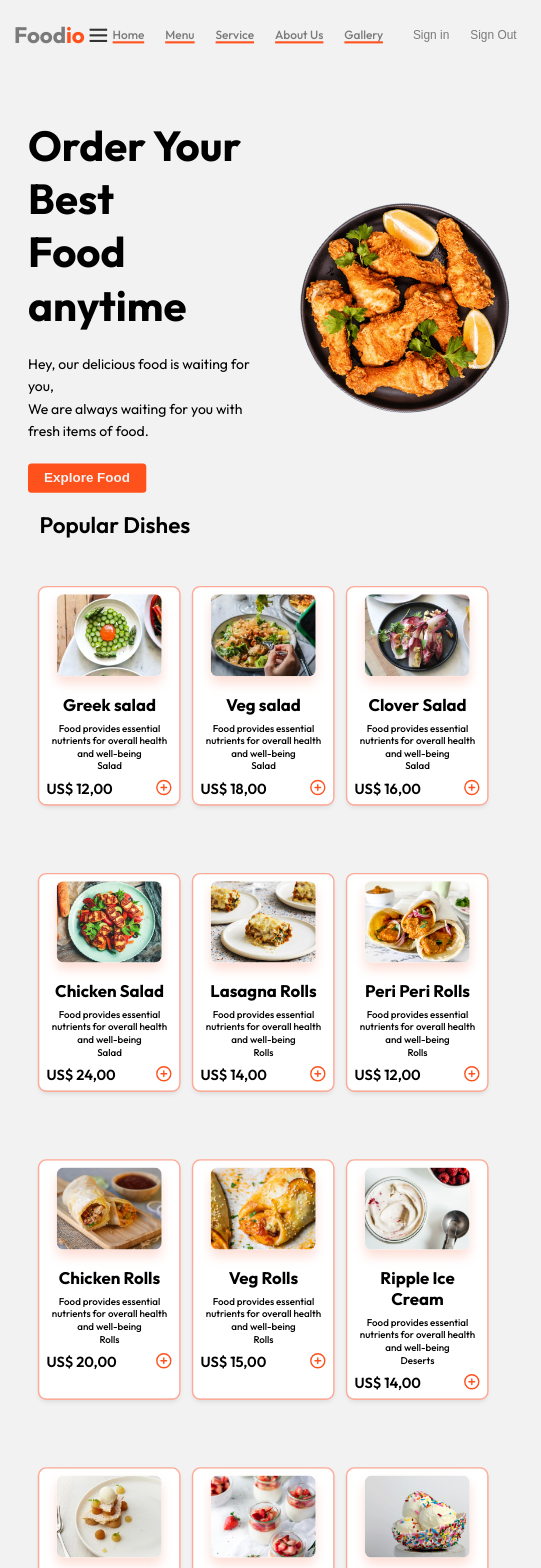
Repository: guilhermecardoso93/foodio
Page: /
The author's editor kept a copy of each file at every save. The page is drawn from the files as they stood at one save, then again after the next save.
The browser window is 768 px wide. The page is 773 px wide, so the pictures cover 773 px, including what lies to the right of the window. The pictures show the part of the page from y = 0 to 2240 px (the page is 5445 px tall), at 70% of full size.
The project was rebuilt for these pictures with package versions that can differ from the ones it lists, and the page was loaded fresh each time. Also part of the build but not shown: vite.config.js, src/index.css.

Above is the page before, as saved 2024-11-05 20:38:41.

### index.html
<!doctype html>
<html lang="en">

<head>
    <meta charset="UTF-8" />
    <link rel="icon" type="image/svg+xml" href="/" />
    <link rel="preconnect" href="https://fonts.googleapis.com">
    <link rel="preconnect" href="https://fonts.gstatic.com" crossorigin>
    <link href="https://fonts.googleapis.com/css2?family=Inter:ital,opsz,wght@0,14..32,100..900;1,14..32,100..900&family=Outfit:wght@100..900&display=swap" rel="stylesheet">
    <meta name="viewport" content="width=device-width, initial-scale=1.0" />
    <title>Foodio</title>
</head>

<body>
    <div id="root"></div>
    <script type="module" src="/src/main.jsx"></script>
</body>

</html>

### src/main.jsx
import { StrictMode } from "react";
import { createRoot } from "react-dom/client";
import { App } from "./App.jsx";

import "./index.css";
createRoot(document.getElementById("root")).render(
  <StrictMode>
    <App />
  </StrictMode>
);

### src/App.jsx
import "./App.css";
import { Main } from "./components/Main";
import { Menu } from "./components/Menu";

export function App() {
  return (
    <>
      <Menu />
      <Main />
    </>
  );
}

### src/App.css
*, ::after, ::before {
  margin: 0;
  padding: 0;
  box-sizing: border-box;
}

body {
  margin: 0 100px;
  background-color: #f2f2f2;
  font-family: "Outfit", serif;
  overflow-x: hidden;
}

::-webkit-scrollbar {
  width: 10px;
}

::-webkit-scrollbar-thumb {
  border-radius: 20px;
  background-color: #ff511c;
}

### src/components/Main/index.jsx
import imagem1 from "../../assets/images/image1.png";
import imagem5 from "../../assets/images/image5.png";
import { food_list } from "../../assets/assets";
import { CardItem } from "../CardItem";

import "./styles.css";

export function Main() {
  return (
    <main>
      <section className="grid">
        <div className="content">
          <div className="content-left">
            <div className="info">
              <h2>
                Order Your Best
                <br />
                Food anytime
              </h2>
              <p>
                Hey, our delicious food is waiting for you, <br /> We are always
                waiting for you with fresh items of food.
              </p>
            </div>
            <button>Explore Food</button>
          </div>
          <div className="content-right">
            <img src={imagem1} alt="" />
            <img src={imagem5} alt="" />
            <img src={imagem1} alt="" />{" "}
          </div>
        </div>
      </section>
      <section className="category">
        <div className="list-items">
          <h3>Popular Dishes</h3>
          <div className="card-list">
            {food_list.map((item, index) => {
              return (
                <CardItem
                  image={item.image}
                  name={item.name}
                  price={item.price}
                  description={item.description}
                  category={item.category}
                  key={index}
                />
              );
            })}
          </div>
        </div>
      </section>
    </main>
  );
}

### src/components/Menu/index.jsx
import "./styles.css";

export function Menu() {
  function toggleMenu() {}

  return (
    <div className="navbar">
      <div className="navbar-logo">
        <h1>
          Food<b>io</b>
        </h1>
      </div>
      <div className="hamburguer" onClick={toggleMenu()}>
        <span className="bar"></span>
        <span className="bar"></span>
        <span className="bar"></span>
      </div>
      <ul className="navbar-link">
        <li className="active">
          <a href="/">Home</a>
        </li>
        <li className="active">
          <a href="/">Menu</a>
        </li>
        <li className="active">
          <a href="/">Service</a>
        </li>
        <li className="active">
          <a href="/">About Us</a>
        </li>
        <li className="active">
          <a href="/">Gallery</a>
        </li>
      </ul>
      <div className="auth-buttons">
        <input type="submit" className="sign" value="Sign in" name="signin" />
        <input type="submit" className="sign" value="Sign Out" name="signout" />
      </div>
    </div>
  );
}

### src/assets/assets.js

import food_1 from './food/food_1.png'
import food_2 from './food/food_2.png'
import food_3 from './food/food_3.png'
import food_4 from './food/food_4.png'
import food_5 from './food/food_5.png'
import food_6 from './food/food_6.png'
import food_7 from './food/food_7.png'
import food_8 from './food/food_8.png'
import food_9 from './food/food_9.png'
import food_10 from './food/food_10.png'
import food_11 from './food/food_11.png'
import food_12 from './food/food_12.png'
import food_13 from './food/food_13.png'
import food_14 from './food/food_14.png'
import food_15 from './food/food_15.png'
import food_16 from './food/food_16.png'
import food_17 from './food/food_17.png'
import food_18 from './food/food_18.png'
import food_19 from './food/food_19.png'
import food_20 from './food/food_20.png'
import food_21 from './food/food_21.png'
import food_22 from './food/food_22.png'
import food_23 from './food/food_23.png'
import food_24 from './food/food_24.png'
import food_25 from './food/food_25.png'
import food_26 from './food/food_26.png'
import food_27 from './food/food_27.png'
import food_28 from './food/food_28.png'
import food_29 from './food/food_29.png'
import food_30 from './food/food_30.png'
import food_31 from './food/food_31.png'
import food_32 from './food/food_32.png'


export const food_list = [
    {
        _id: "1",
        name: "Greek salad",
        image: food_1,
        price: 12,
        description: "Food provides essential nutrients for overall health and well-being",
        category: "Salad"
    },
    {
        _id: "2",
        name: "Veg salad",
        image: food_2,
        price: 18,
        description: "Food provides essential nutrients for overall health and well-being",
        category: "Salad"
    }, {
        _id: "3",
        name: "Clover Salad",
        image: food_3,
        price: 16,
        description: "Food provides essential nutrients for overall health and well-being",
        category: "Salad"
    }, {
        _id: "4",
        name: "Chicken Salad",
        image: food_4,
        price: 24,
        description: "Food provides essential nutrients for overall health and well-being",
        category: "Salad"
    }, {
        _id: "5",
        name: "Lasagna Rolls",
        image: food_5,
        price: 14,
        description: "Food provides essential nutrients for overall health and well-being",
        category: "Rolls"
    }, {
        _id: "6",
        name: "Peri Peri Rolls",
        image: food_6,
        price: 12,
        description: "Food provides essential nutrients for overall health and well-being",
        category: "Rolls"
    }, {
        _id: "7",
        name: "Chicken Rolls",
        image: food_7,
        price: 20,
        description: "Food provides essential nutrients for overall health and well-being",
        category: "Rolls"
    }, {
        _id: "8",
        name: "Veg Rolls",
        image: food_8,
        price: 15,
        description: "Food provides essential nutrients for overall health and well-being",
        category: "Rolls"
    }, {
        _id: "9",
        name: "Ripple Ice Cream",
        image: food_9,
        price: 14,
        description: "Food provides essential nutrients for overall health and well-being",
        category: "Deserts"
    }, {
        _id: "10",
        name: "Fruit Ice Cream",
        image: food_10,
        price: 22,
        description: "Food provides essential nutrients for overall health and well-being",
        category: "Deserts"
    }, {
        _id: "11",
        name: "Jar Ice Cream",
        image: food_11,
        price: 10,
        description: "Food provides essential nutrients for overall health and well-being",
        category: "Deserts"
    }, {
        _id: "12",
        name: "Vanilla Ice Cream",
        image: food_12,
        price: 12,
        description: "Food provides essential nutrients for overall health and well-being",
        category: "Deserts"
    },
    {
        _id: "13",
        name: "Chicken Sandwich",
        image: food_13,
        price: 12,
        description: "Food provides essential nutrients for overall health and well-being",
        category: "Sandwich"
    },
    {
        _id: "14",
        name: "Vegan Sandwich",
        image: food_14,
        price: 18,
        description: "Food provides essential nutrients for overall health and well-being",
        category: "Sandwich"
    }, {
        _id: "15",
        name: "Grilled Sandwich",
        image: food_15,
        price: 16,
        description: "Food provides essential nutrients for overall health and well-being",
        category: "Sandwich"
    }, {
        _id: "16",
        name: "Bread Sandwich",
        image: food_16,
        price: 24,
        description: "Food provides essential nutrients for overall health and well-being",
        category: "Sandwich"
    }, {
        _id: "17",
        name: "Cup Cake",
        image: food_17,
        price: 14,
        description: "Food provides essential nutrients for overall health and well-being",
        category: "Cake"
    }, {
        _id: "18",
        name: "Vegan Cake",
        image: food_18,
        price: 12,
        description: "Food provides essential nutrients for overall health and well-being",
        category: "Cake"
    }, {
        _id: "19",
        name: "Butterscotch Cake",
        image: food_19,
        price: 20,
        description: "Food provides essential nutrients for overall health and well-being",
        category: "Cake"
    }, {
        _id: "20",
        name: "Sliced Cake",
        image: food_20,
        price: 15,
        description: "Food provides essential nutrients for overall health and well-being",
        category: "Cake"
    }, {
        _id: "21",
        name: "Garlic Mushroom ",
        image: food_21,
        price: 14,
        description: "Food provides essential nutrients for overall health and well-being",
        category: "Pure Veg"
    }, {
        _id: "22",
        name: "Fried Cauliflower",
        image: food_22,
        price: 22,
        description: "Food provides essential nutrients for overall health and well-being",
        category: "Pure Veg"
    }, {
        _id: "23",
        name: "Mix Veg Pulao",
        image: food_23,
        price: 10,
        description: "Food provides essential nutrients for overall health and well-being",
        category: "Pure Veg"
    }, {
        _id: "24",
        name: "Rice Zucchini",
        image: food_24,
        price: 12,
        description: "Food provides essential nutrients for overall health and well-being",
        category: "Pure Veg"
    },
    {
        _id: "25",
        name: "Cheese Pasta",
        image: food_25,
        price: 12,
        description: "Food provides essential nutrients for overall health and well-being",
        category: "Pasta"
    },
    {
        _id: "26",
        name: "Tomato Pasta",
        image: food_26,
        price: 18,
        description: "Food provides essential nutrients for overall health and well-being",
        category: "Pasta"
    }, {
        _id: "27",
        name: "Creamy Pasta",
        image: food_27,
        price: 16,
        description: "Food provides essential nutrients for overall health and well-being",
        category: "Pasta"
    }, {
        _id: "28",
        name: "Chicken Pasta",
        image: food_28,
        price: 24,
        description: "Food provides essential nutrients for overall health and well-being",
        category: "Pasta"
    }, {
        _id: "29",
        name: "Buttter Noodles",
        image: food_29,
        price: 14,
        description: "Food provides essential nutrients for overall health and well-being",
        category: "Noodles"
    }, {
        _id: "30",
        name: "Veg Noodles",
        image: food_30,
        price: 12,
        description: "Food provides essential nutrients for overall health and well-being",
        category: "Noodles"
    }, {
        _id: "31",
        name: "Somen Noodles",
        image: food_31,
        price: 20,
        description: "Food provides essential nutrients for overall health and well-being",
        category: "Noodles"
    }, {
        _id: "32",
        name: "Cooked Noodles",
        image: food_32,
        price: 15,
        description: "Food provides essential nutrients for overall health and well-being",
        category: "Noodles"
    }
]

### src/components/CardItem/index.jsx
import { PlusCircle, PlusCircleIcon } from "lucide-react";
import "./styles.css";

export function CardItem({ image, name, price, description, category }) {
  function formatarPreco(valor) {
    return new Intl.NumberFormat("pt-BR", {
      style: "currency",
      currency: "USD",
    }).format(valor);
  }

  return (
    <div className="card">
      <img src={image} alt="" />
      <div className="title">
        <h1>{name}</h1>
      </div>
      <div className="desc-food">
        <p>{description}</p>
        <p>{category}</p>
      </div>
      <div className="price">
        <span>{formatarPreco(price)}</span>
        <PlusCircle color="#ff511c" className="plus-icon" />
      </div>
    </div>
  );
}

### src/components/Main/styles.css
.content {
  display: grid;
  grid-template-columns: 50% auto;
  margin-top: 100px;
  gap: 30px;
  align-items: center;
  justify-content: space-between;
  width: 100%;
}

.content-left {
  display: block;
  width: 100%;
}

.content-left .info {
  max-width: 100%;
  display: flex;
  flex-direction: column;
}

.content-left .info h2 {
  font-size: 60px;
  margin-bottom: 30px;
}

.content-left .info p {
  font-size: 20px;
  line-height: 2pc;
  margin-bottom: 30px;
}

.content-left button {
  padding: 10px 23px;
  background-color: #ff511c;
  color: #f2f2f2;
  border-radius: 5px;
  border: none;
  cursor: pointer;
  font-weight: 600;
  font-size: 1.2rem;
  margin-bottom: 5px;
}

.content-left button:hover {
  color: #ff511c;
  background-color: #f2f2f2;
  border: solid 2px #ff511c;
  padding: 8px 21px;
}

.grid {
  width: 100%;
  max-width: 1200px;
  margin: 0 auto;
  padding: 20px;
  justify-content: center;
  align-items: center;
}

.content-right {
  position: relative;
  height: 400px;
  width: 400px;
  display: flex;
  justify-content: center;
  align-items: center;
}

.content-right img {
  position: absolute;
  width: 100%;
  height: 100%;
  object-fit: cover;
  opacity: 0;
  animation: imageSwitch 15s infinite, rotate 3s linear infinite;
  transform-origin: center center;
}

.content-right img:nth-child(1) {
  animation-delay: 0s;
}

.content-right img:nth-child(2) {
  animation-delay: 5s;
}

.content-right img:nth-child(3) {
  animation-delay: 10s;
}

@keyframes rotate {
  from {
    transform: rotate(0deg);
  }

  to {
    transform: rotate(360deg);
  }
}

@keyframes imageSwitch {
  0%, 33% {
    opacity: 1;
  }

  34%, 100% {
    opacity: 0;
  }
}

.category {
  width: 100%;
  display: flex;
  margin-bottom: 50px;
  justify-content: center;
}

.category .list-items {
  width: 90%;
  position: relative;
  position: relative;
}

.category .list-items h3 {
  font-size: 2rem;
  font-weight: 600;
  margin-bottom: 70px;
}

.category .list-items .card-list {
  display: flex;
  flex-wrap: wrap;
  gap: 12px;
}

### src/components/Menu/styles.css
.navbar {
  width: 100%;
  display: flex;
  justify-content: space-between;
  align-items: center;
  padding: 30px 0;
}

.navbar-logo {
  font-weight: 600;
  color: rgb(122, 122, 122);
}

.navbar-logo b {
  color: #ff511c;
}

.navbar-link {
  display: flex;
  list-style: none;
}

.navbar-link li {
  margin-right: 30px;
}

.navbar-link li a {
  text-decoration: none;
  color: rgb(122, 122, 122);
  font-weight: 500;
  font-size: 17px;
}

.navbar-link li a:hover {
  color: #ff511c;
}

.navbar-link .active::after {
  content: "";
  width: 100%;
  height: 3px;
  background-color: #ff511c;
  display: flex;
  position: relative;
  margin-top: 3x;
}

.auth-buttons {
  display: flex;
  align-items: center;
  gap: 10px;
}

input {
  padding: 10px;
  cursor: pointer;
  font-weight: 600;
}

.sign {
  background: transparent;
  border: none;
  color: rgb(122, 122, 122);
  font-weight: 500;
  font-size: 17px;
  text-decoration: none;
}

.sign:hover {
  background-color: #ff511c;
  border-radius: 10px;
  color: black;
}

.hamburguer {
  /*display: none;*/
  cursor: pointer;
}

.hamburguer .bar {
  display: block;
  width: 25px;
  height: 3px;
  margin: 5px;
  background-color: #333;
  transition: 0.3s;
}

@media screen and (max-width: 1024px) {
  body {
    margin: 0 50px;
  }

  .content-right {
    width: 300px;
    height: 300px;
  }
}

@media screen and (max-width: 968px) {
  .category .list-items .card-list {
    gap: 100px 20px;
  }
}

@media screen and (max-width: 768px) {
  body {
    margin: 0 20px;
  }

  .content {
    margin-top: 50px;
  }
}

### src/components/CardItem/styles.css
.card {
  width: 200px;
  min-height: 250px;
  /* Define uma altura mínima para o cartão */
  display: flex;
  flex-direction: column;
  align-items: center;
  padding: 10px;
  border-radius: 10px;
  position: relative;
  background-color: #ffffff;
  outline: 2px solid #ffaa96;
  box-shadow: 0 4px 8px rgba(0, 0, 0, 0.1);
}

.card img {
  width: 100%;
  max-width: 150px;
  height: auto;
  border-radius: 10px;
  object-fit: cover;
  object-position: center;
  background-repeat: no-repeat;
  box-shadow: 0 10px 15px rgba(250, 173, 150, 0.4);
  /* Ajusta a sombra */
  margin-bottom: 15px;
  /* Espaço entre a imagem e o conteúdo abaixo */
}

.card .title {
  padding: 10px 0 10px;
}

.card .title h1 {
  text-align: center;
  font-weight: bold;
  font-size: 1.5rem;
}

.desc-food p {
  font-size: 14px;
  text-align: center;
  font-weight: 500;
}

.price {
  display: flex;
  margin-top: 10px;
  justify-content: space-between;
  width: 100%;
  font-weight: 600;
  font-size: 1.3rem;
}

.price .plus-icon {
  cursor: pointer;
}

.card-content {
  text-align: center;
  /* Centraliza o conteúdo */
  padding: 5px;
}

After the next save:
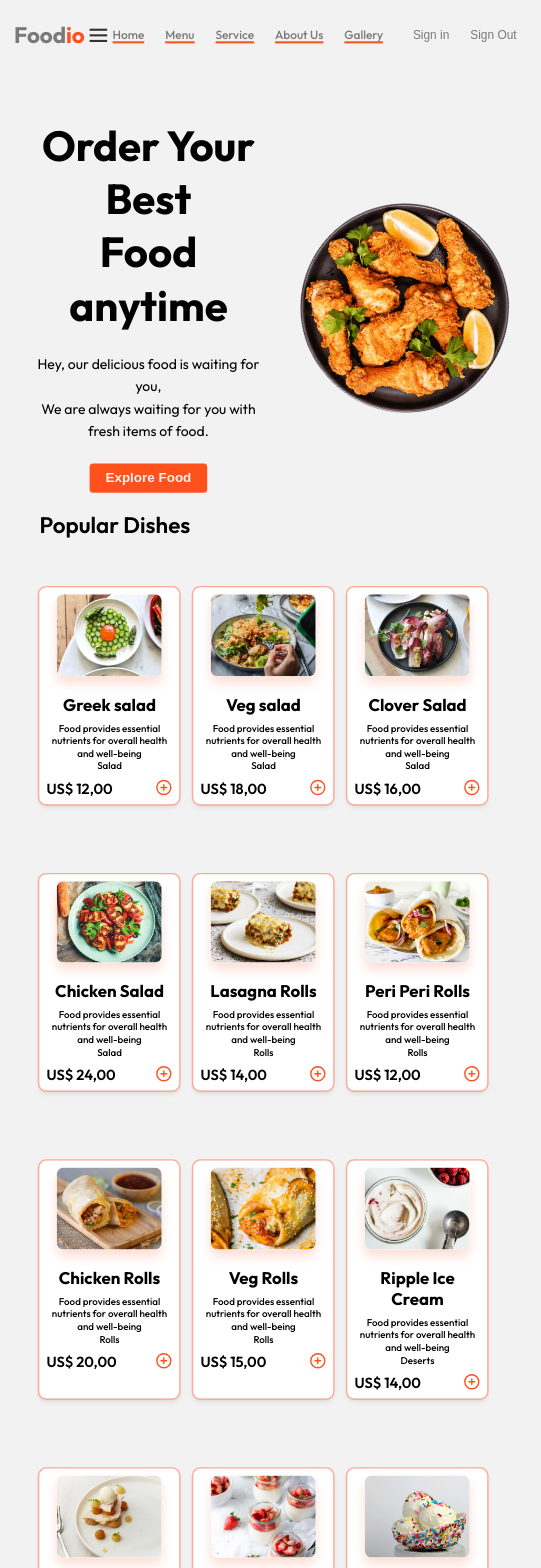
Saved 11 s later.
--- a/src/components/Menu/styles.css
+++ b/src/components/Menu/styles.css
@@ -110,5 +110,7 @@ input {
 
   .content {
     margin-top: 50px;
+    text-align: center;
+    gap: 20px;
   }
 }
